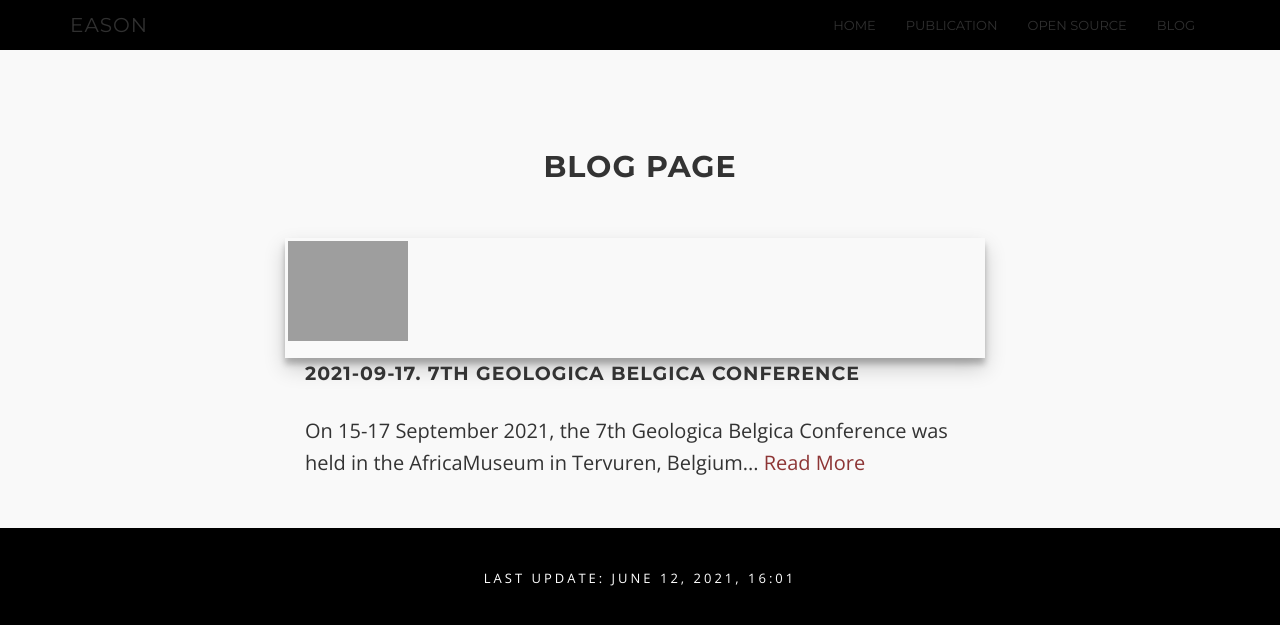
Repository: eazzzon/eazzzon.github.io
Page: blog.html
The author's editor kept a copy of each file at every save. The page is drawn from the files as they stood at one save, then again after the next save.
The browser window is 1280 px wide. The pictures show the whole page.
Pictures or frames that could not be fetched are drawn as grey boxes.

Above is the page before, as saved 2021-09-18 13:13:42.

After the next save:
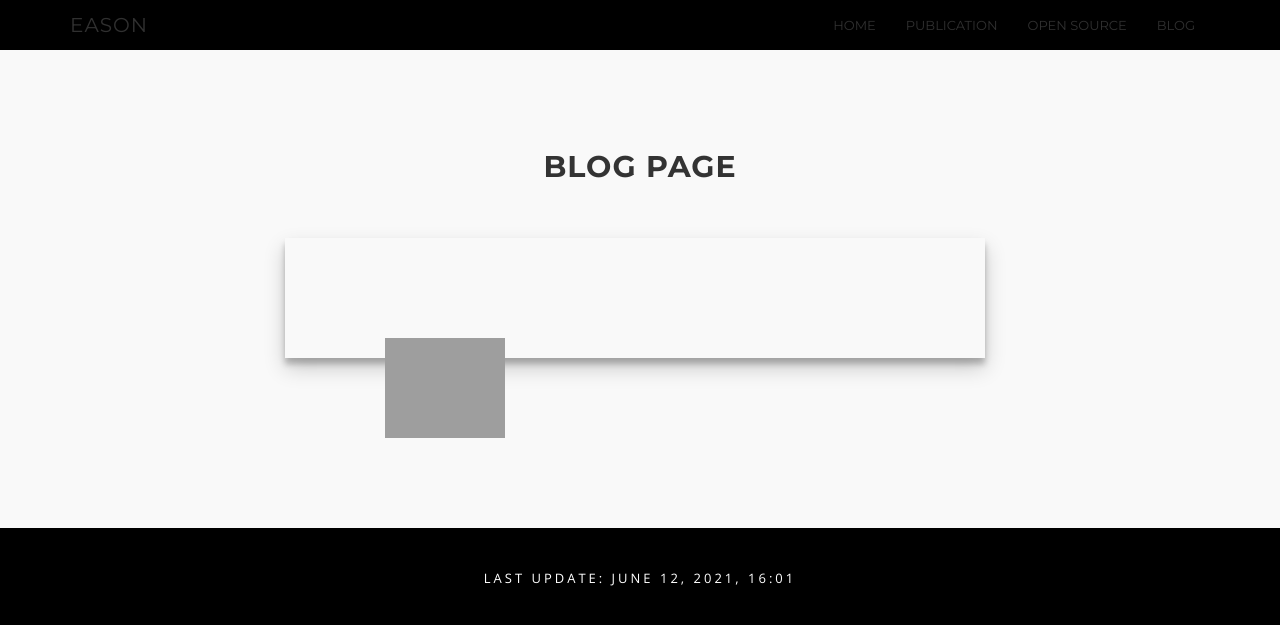
Saved 20 s later.
--- a/css/theme.css
+++ b/css/theme.css
@@ -431,7 +431,7 @@ section {
 	width: 120px;
 	height: 100px;
 	padding: 0px;
-	margin: 3px;
+	margin: 100px;
   }
 
   .box-text {
